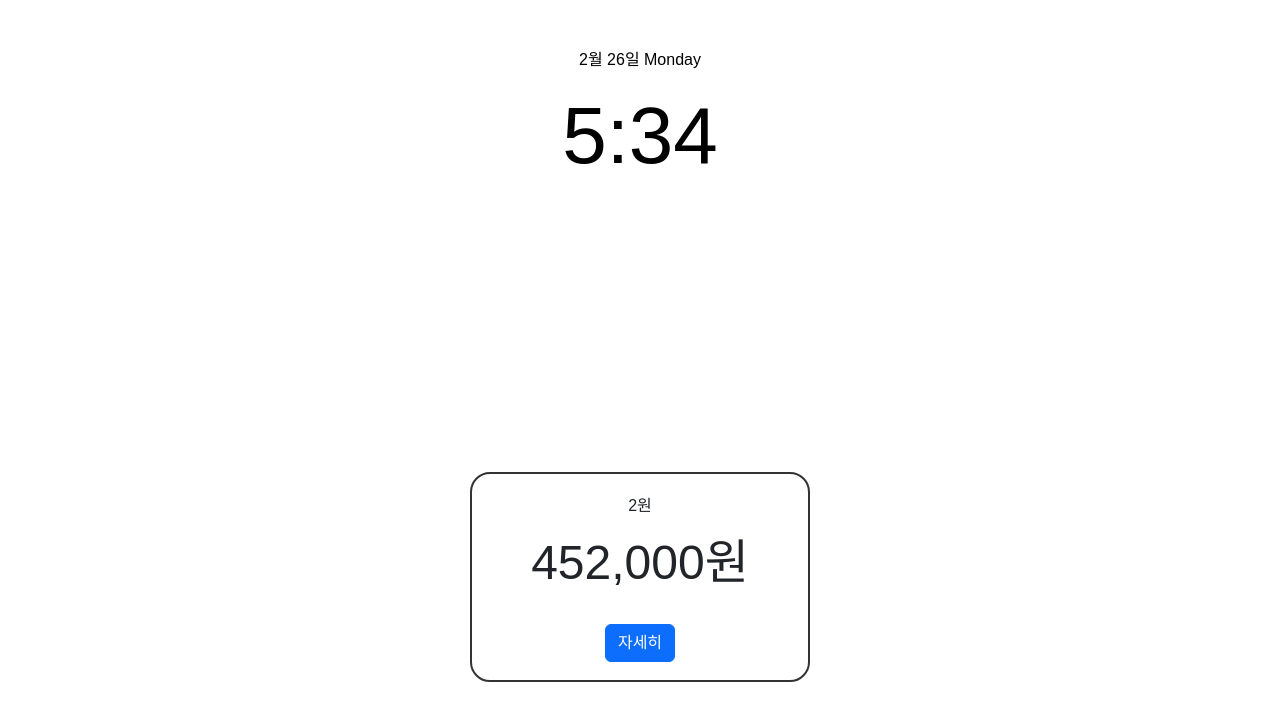
Repository: kimSummerrain/KairosHackathon
Page: venvs/karios/templates/startscreen.html
The author's editor kept a copy of each file at every save. The page is drawn from the files as they stood at one save, then again after the next save.
The browser window is 1280 px wide. The pictures show the whole page.

Above is the page before, as saved 2024-02-26 18:15:52.

After the next save:
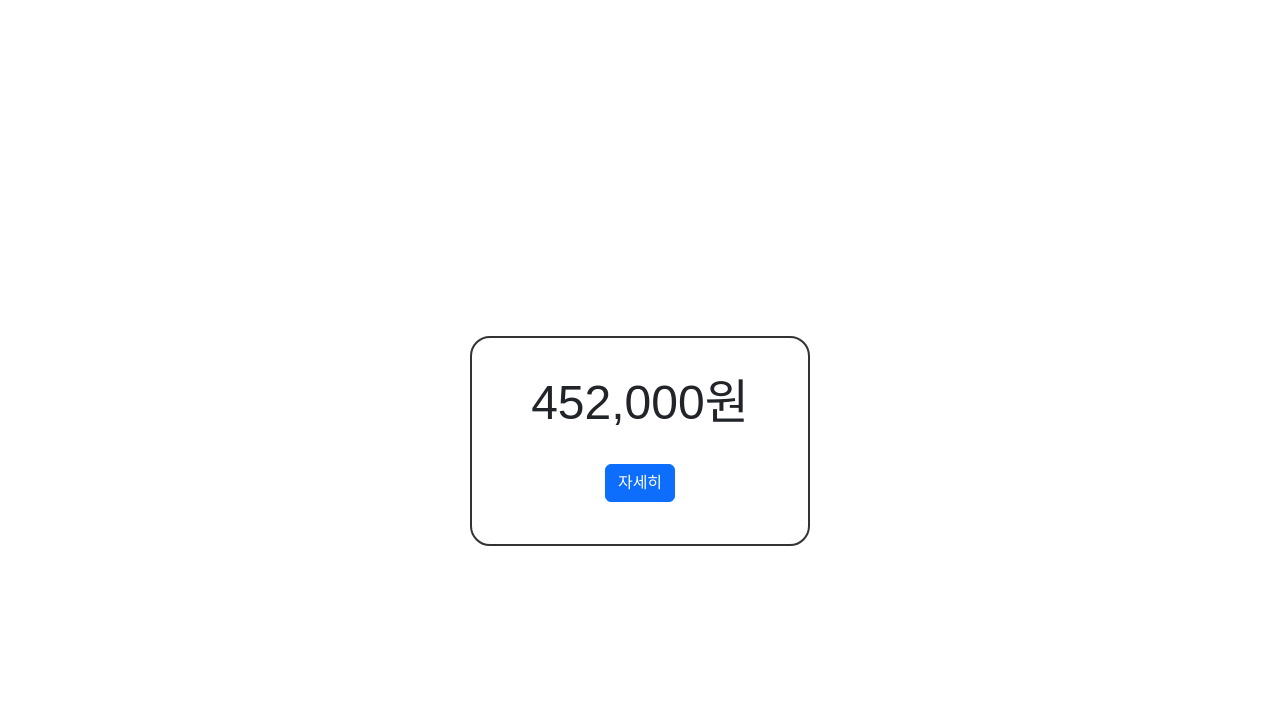
Console error: SyntaxError: Unexpected token '{'
Saved 50 s later.
--- a/venvs/karios/static/js/date.js
+++ b/venvs/karios/static/js/date.js
@@ -6,15 +6,16 @@ function displayDate() {
     var dayOfWeek = today.toLocaleDateString('en-US', { weekday: 'long' }); // 요일 가져오기
     var hour = today.getHours(); // 시간 가져오기
     var minute = today.getMinutes(); // 분 가져오기
-    var amount =
+    var amount = {{ result| tojson
+}};
 
-        minute = minute < 10 ? '0' + minute : minute;
+minute = minute < 10 ? '0' + minute : minute;
 
-    // HTML 요소에 날짜와 요일 표시
-    document.getElementById('date').innerHTML = month + '월 ' + day + '일 ' + dayOfWeek;
-    document.getElementById('time').innerHTML = hour + ':' + minute;
-    document.getElementById('month').innerHTML = month + '월 지출 내역은?';
-    document.getElementById('month').innerHTML = month + '원';
+// HTML 요소에 날짜와 요일 표시
+document.getElementById('date').innerHTML = month + '월 ' + day + '일 ' + dayOfWeek;
+document.getElementById('time').innerHTML = hour + ':' + minute;
+document.getElementById('month').innerHTML = month + '월 지출 내역은?';
+document.getElementById('month').innerHTML = amount + '원';
 }
 
 // 페이지가 로드될 때 displayDate 함수 실행
